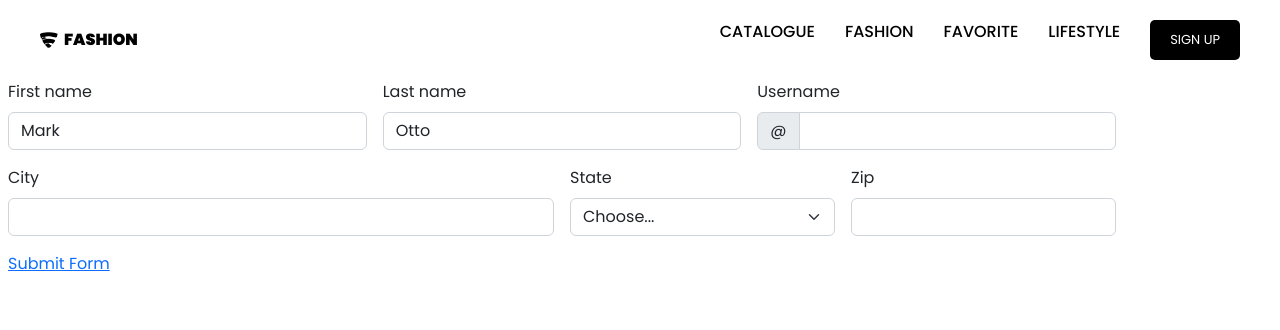
Repository: isaacCodes1/My-Project
Page: form.html
The author's editor kept a copy of each file at every save. The page is drawn from the files as they stood at one save, then again after the next save.
The browser window is 1280 px wide. The pictures show the whole page.

Above is the page before, as saved 2024-03-21 15:30:55.

After the next save:
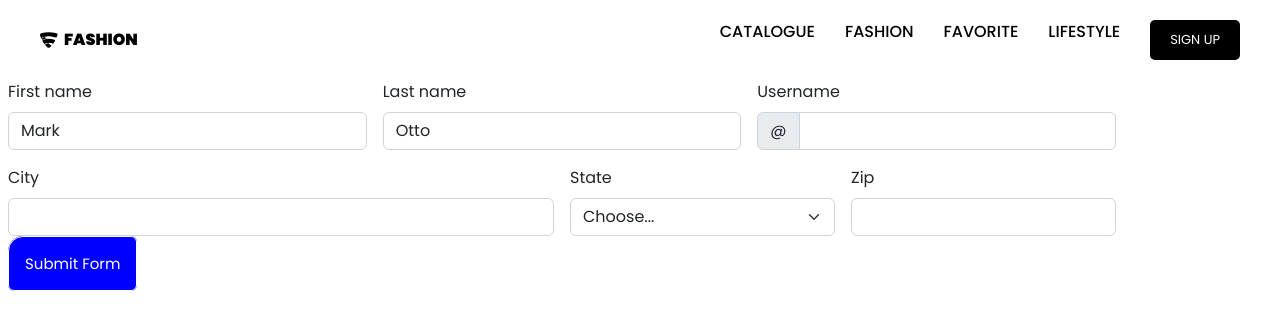
Saved 3 s later.
--- a/form.html
+++ b/form.html
@@ -109,7 +109,7 @@
         <div class="invalid-tooltip">Please provide a valid zip.</div>
       </div>
       <div class="col-12">
-        <a class="aler" href="alert.html">Submit Form</a>
+        <a class="alert" href="alert.html">Submit Form</a>
       </div>
     </form>
   </body>
